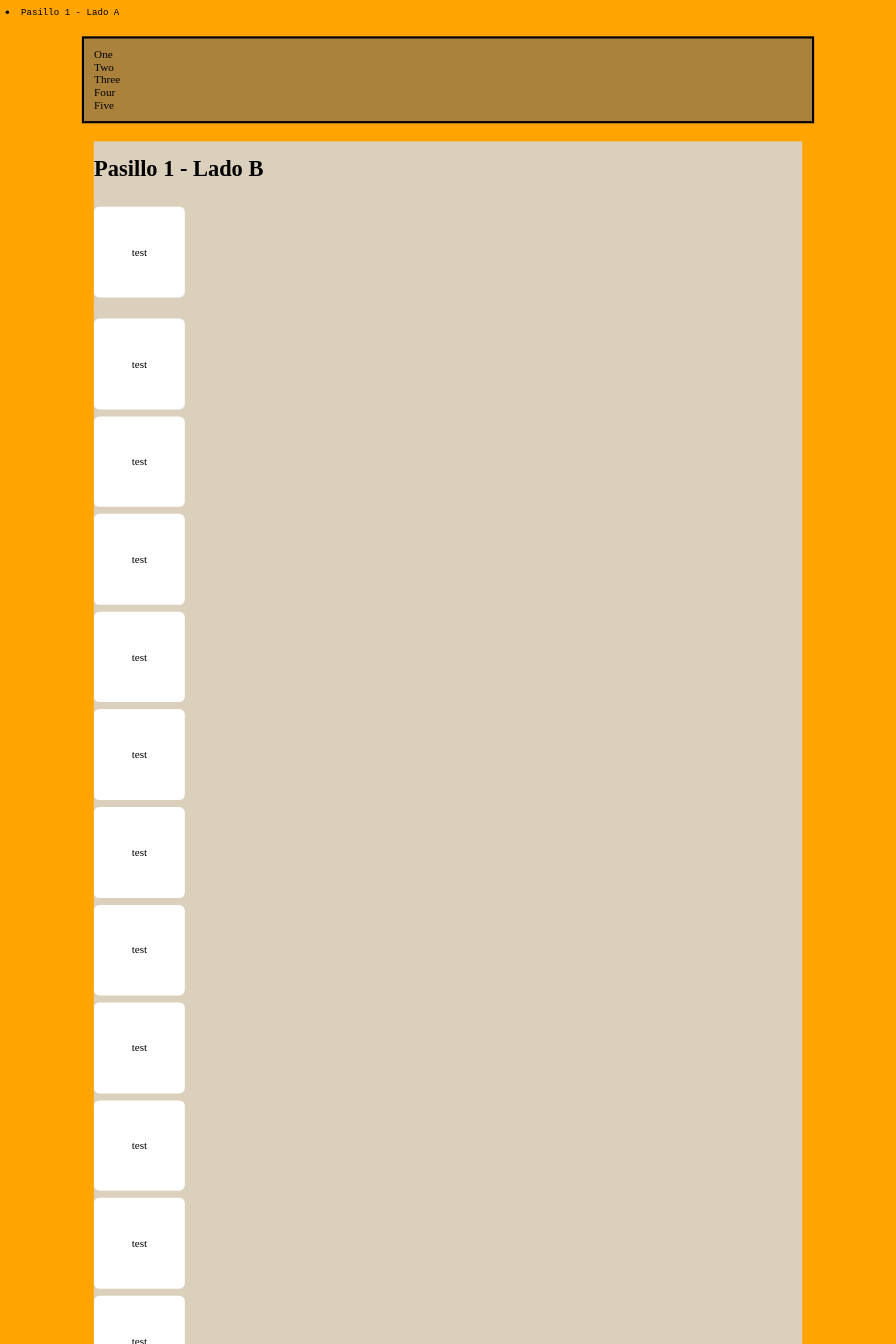
Repository: Franzcod/DepoStock_Web
Page: index.html
The author's editor kept a copy of each file at every save. The page is drawn from the files as they stood at one save, then again after the next save.
The browser window is 1280 px wide. The pictures show the part of the page from y = 0 to 1920 px (the page is 3711 px tall before and 720 px after), at 70% of full size.

Above is the page before, as saved 2020-06-07 02:35:03.
Console error: ReferenceError: ur is not defined

### index.html
<!DOCTYPE html>
<html lang="en">
<head>
    <meta charset="UTF-8">
    <meta name="viewport" content="width=device-width, initial-scale=1.0">
    <title>Deposito Probusol</title>

    <link rel="stylesheet" href="estilo/estilo.css">
</head>
<body>

    <li><code>Pasillo 1 - Lado A</code>
        <div id="div2">
            <div class="wrapper">
                <div class="box1">One</div>
                <div class="box2">Two</div>
                <div class="box3">Three</div>
                <div class="box4">Four</div>
                <div class="box5">Five</div>
            </div>
        </div>
    </li>

    <div class="app">
        <h1>Pasillo 1 - Lado B</h1>

        <ul class="hs">
            <li class="item">test</li>
            <li class="item">test</li>
            <li class="item">test</li>
            <li class="item">test</li>
            <li class="item">test</li>
            <li class="item">test</li>
            <li class="item">test</li>
            <li class="item">test</li>
            <li class="item">test</li>
            <li class="item">test</li>
            <li class="item">test</li>
            <li class="item">test</li>
            <li class="item">test</li>
            <li class="item">test</li>
            <li class="item">test</li>
            <li class="item">test</li>
            <li class="item">test</li>
            <li class="item">test</li>
            <li class="item">test</li>
            <li class="item">test</li>
            <li class="item">test</li>
            <li class="item">test</li>
            <li class="item">test</li>
            <li class="item">test</li>
        </ul>

        <!-- <div class="container">
            <div class="item">
            <h3>Block for context</h3>
            </div>
        </div> -->
    </div>






    <script>ur</script>

</body>







</html>

### estilo/estilo.css
html{
    background-color: rgba(255, 164, 0, 1);
}

#div2 {
    border: 3px solid black;
    width:  80%;
    height: 40%;
    margin: 2vw auto;
    padding: 2vh 2vh;
    background-color: rgba(105, 105, 105, 0.565);
}

#div2 { overflow-x: scroll;}

:root {
--gutter: 20px;
}

.app {
padding: var(--gutter) 0;
display: grid;
grid-gap: var(--gutter) 0;
/* grid-template-columns: var(--gutter) 1fr var(--gutter); */
align-content: start;
}

/* .app > * {
grid-column: 2 / 2;
} */
/*
.app > .full {
grid-column: 1 / -1;
} */

.hs {
display: grid;
grid-gap: calc(var(--gutter) / 2);
/* grid-template-columns: repeat(15, calc(50% - var(--gutter) )); */
grid-template-rows: minmax(150px, 1fr);

overflow-x: scroll;
/* scroll-snap-type: x proximity; */
padding-bottom: calc(.75 * var(--gutter));
margin-bottom: calc(-.25 * var(--gutter));
}

/* Demo styles */

ul {
list-style: none;
padding: 0;
}

h1,
h2,
h3 {
margin: 0;
}

.app {
width: 80%;
height: 30%;
background: #DBD0BC;
overflow-y: scroll;
margin: 2vw auto;

}

.hs > li,
.item {
scroll-snap-align: center;
padding: calc(var(--gutter) / 1 );
display: flex;
flex-direction: column;
justify-content: center;
align-items: center;
background: #fff;
border-radius: 8px;
height: 7vw;
width: 7vw;
}

After the next save:
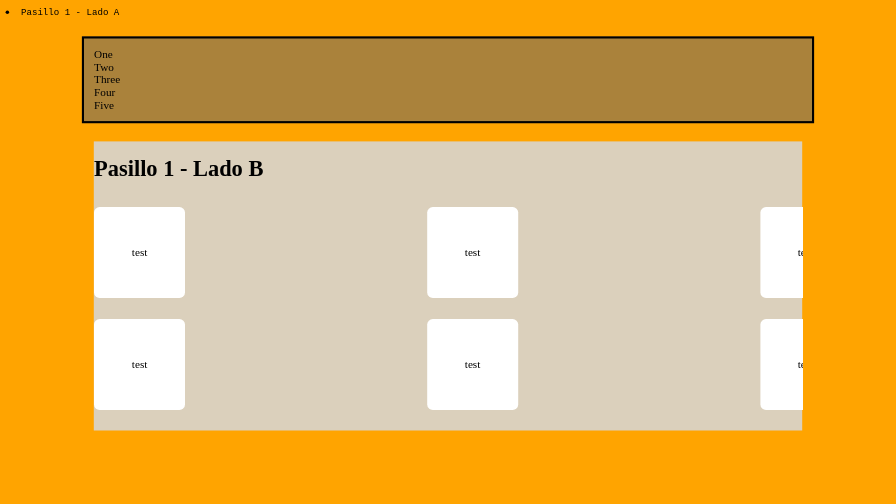
Saved 5 s later.
--- a/estilo/estilo.css
+++ b/estilo/estilo.css
@@ -36,7 +36,7 @@ grid-column: 1 / -1;
 .hs {
 display: grid;
 grid-gap: calc(var(--gutter) / 2);
-/* grid-template-columns: repeat(15, calc(50% - var(--gutter) )); */
+grid-template-columns: repeat(15, calc(50% - var(--gutter) * 2));
 grid-template-rows: minmax(150px, 1fr);
 
 overflow-x: scroll;
